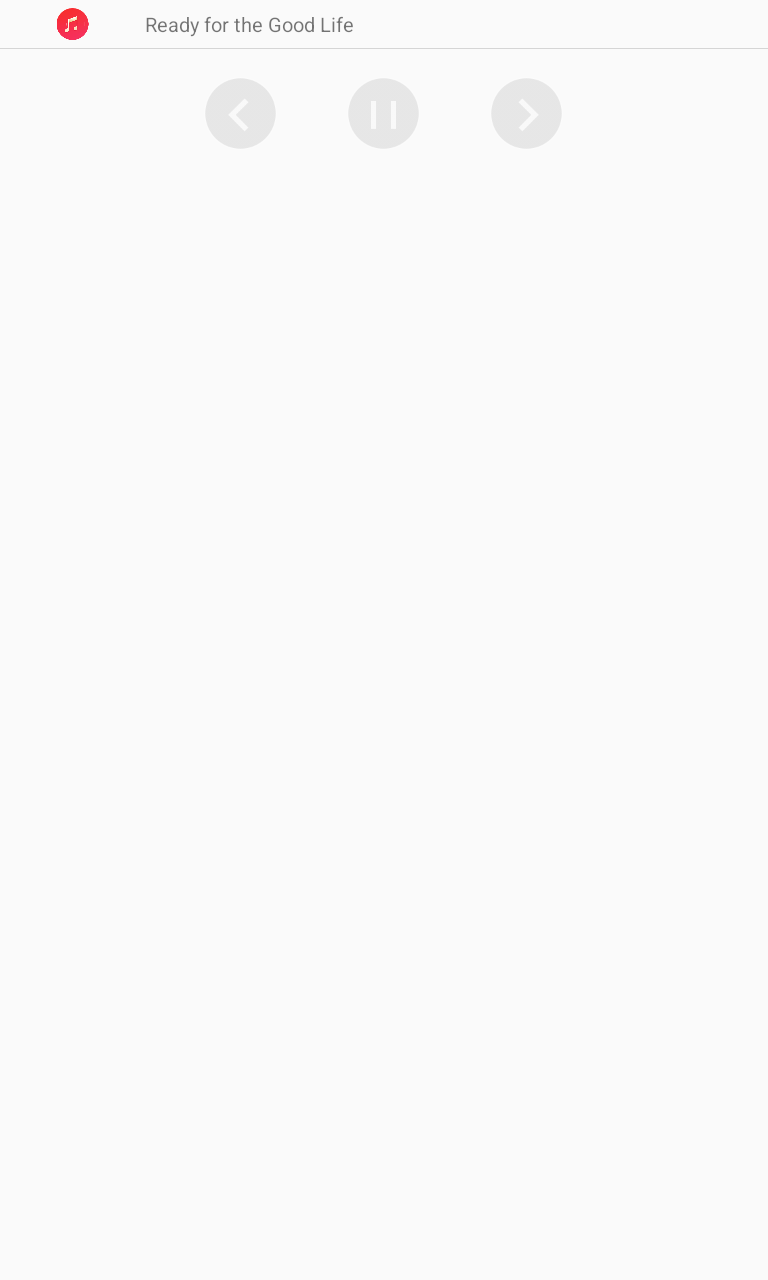
Repository: zhanjinwin/Projects
Layout: EclipseWorkspace/TestForceTouchPreviewWidget/res/layout/initial_widget_layout2.xml
The author's editor kept a copy of each file at every save. The layout is drawn from the files as they stood at one save, then again after the next save.
It is drawn on a 768 x 1280 px phone screen (xhdpi) without system bars, with theme AppTheme; the app's code is not run.

Above is the layout before, as saved 2016-12-16 03:29:23.

After the next save:
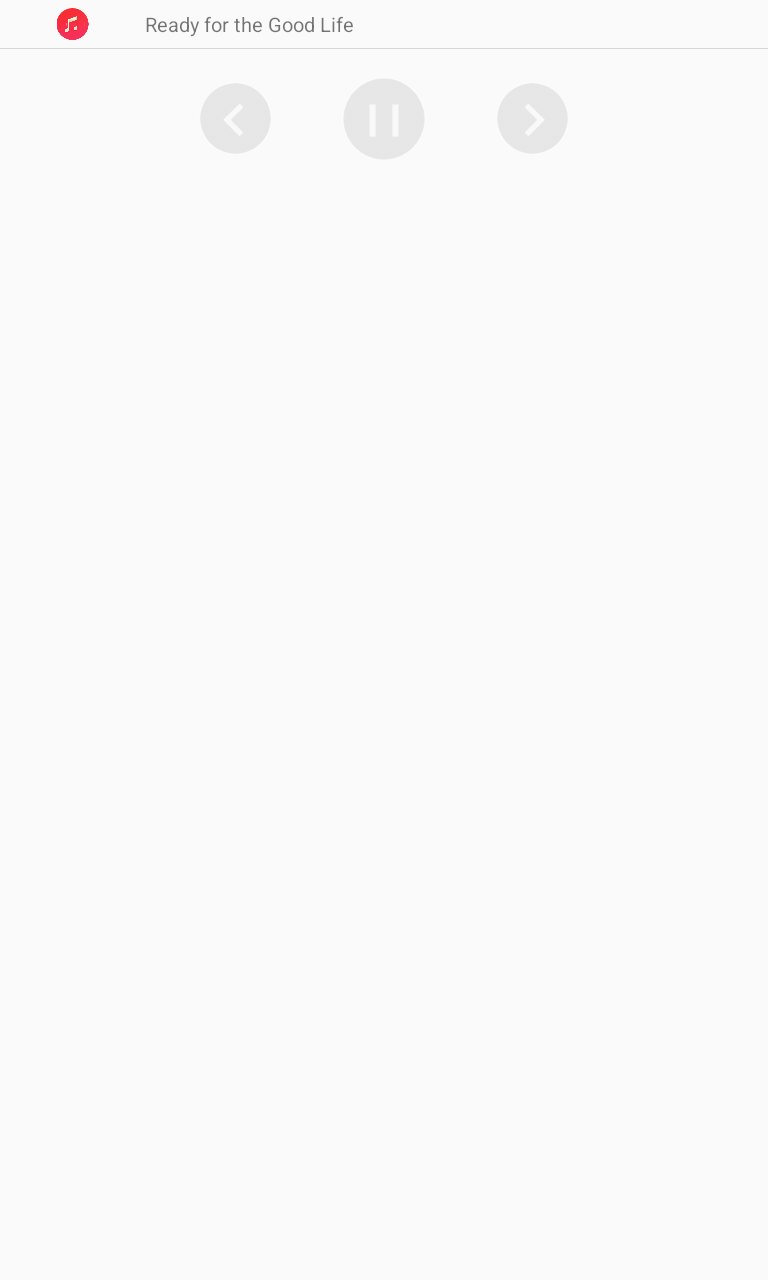
Saved 17 s later.
--- a/EclipseWorkspace/TestForceTouchPreviewWidget/res/layout/initial_widget_layout2.xml
+++ b/EclipseWorkspace/TestForceTouchPreviewWidget/res/layout/initial_widget_layout2.xml
@@ -43,8 +43,8 @@
         android:layout_centerHorizontal="true">
         <ImageView
             android:id="@+id/pause_icon"
-            android:layout_width="wrap_content"
-            android:layout_height="wrap_content"
+            android:layout_width="42dp"
+            android:layout_height="42dp"
             android:layout_centerInParent="true"
             android:scaleType="fitXY"
             android:src="@drawable/widget_pause_normal"/>
